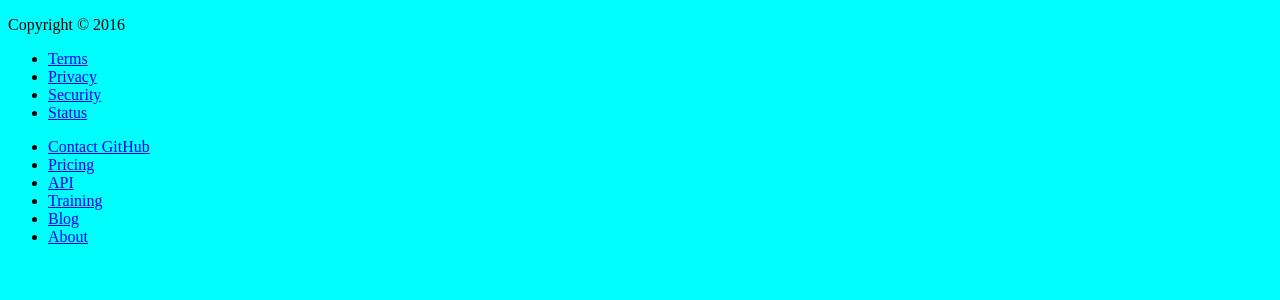
Repository: nss-evening-cohort-E23/gitsub-the-commit-commandos
Page: index.html
These files come from the project's save history. The page is drawn as it stood at one moment and after the next save; the edit follows.
The browser window is 1280 px wide. The pictures show the whole page.

Above is the page before, as saved 2023-05-08 19:50:45.

After the next save:
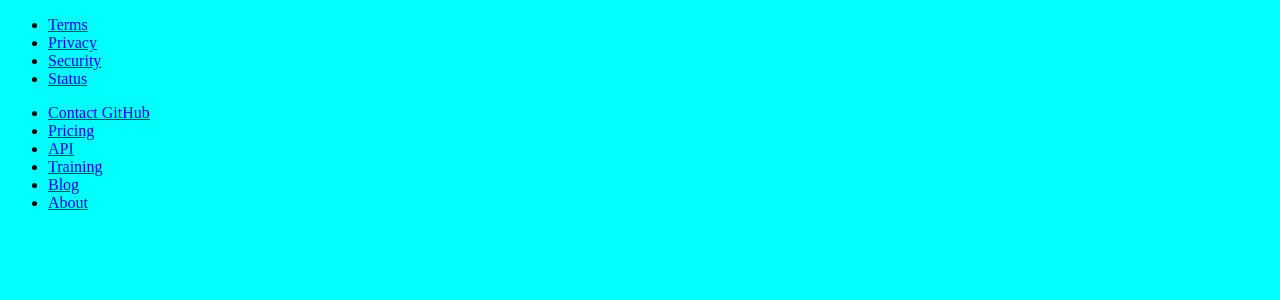
Saved 38 s later.
--- a/index.html
+++ b/index.html
@@ -17,7 +17,7 @@
 
   <footer>
     <div class="copyright">
-      <p>Copyright © 2016</p>
+      <p></p>
     </div>
     <div class="footerLinks">
       <ul>
